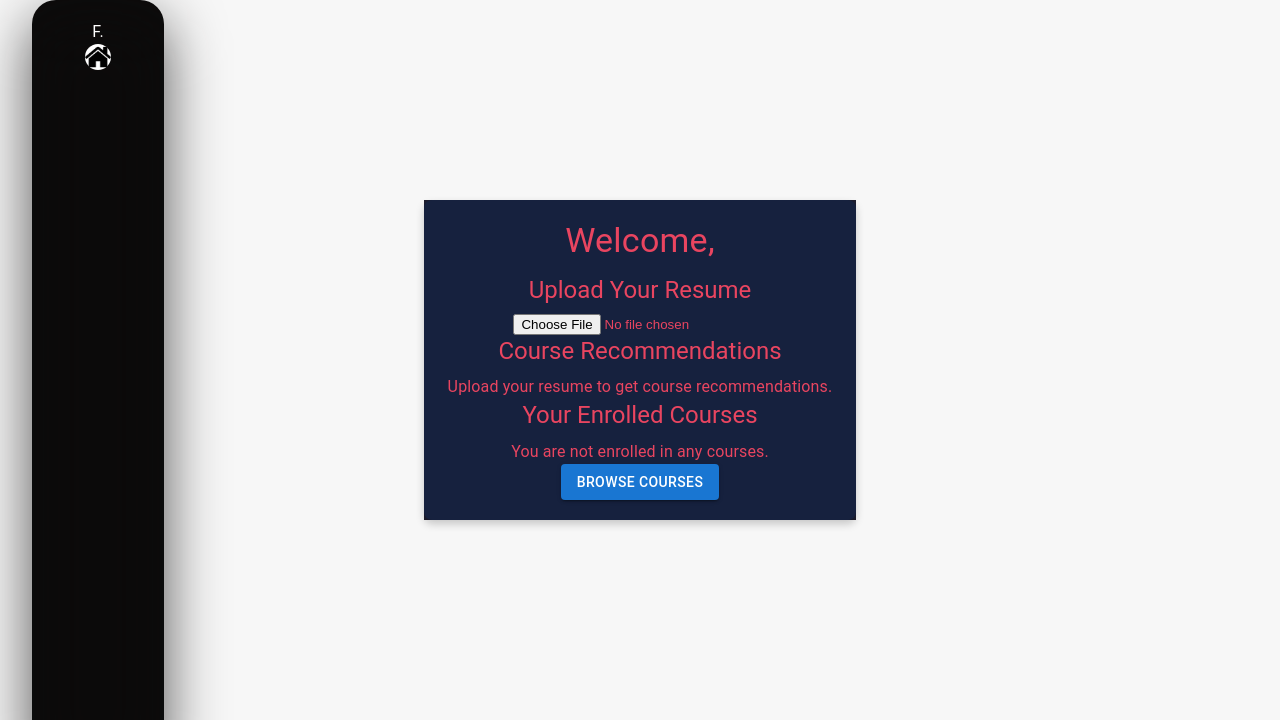
Repository: jvt2/OnlineCourseApp
Page: /dashboard
The author's editor kept a copy of each file at every save. The page is drawn from the files as they stood at one save, then again after the next save.
The browser window is 1280 px wide. The pictures show the whole page.
The page's requests for data from a server got no answer. The project was rebuilt for these pictures with package versions that can differ from the ones it lists, and the page was loaded fresh each time. No one was signed in, and anything a server would have sent is missing. Also part of the build but not shown: src/features/auth/Register.js, src/features/auth/Login.js, src/features/courses/ResumeUpload.js, src/features/courses/CourseRecommendations.js, src/components/common/MyModal.js, src/features/courses/CourseCatalog.js, src/features/courses/CourseDetail.js, src/components/common/Navbar.js and 3 more. Imported but missing from the stored project, and not drawn on this page: src/app/reportWebVitals.

Above is the page before, as saved 2024-07-14 20:11:14.
Not found: public/assets/graduation-icon.png
Not found: public/assets/logout-icon.png
Not found: public/assets/message-icon.png

After the next save:
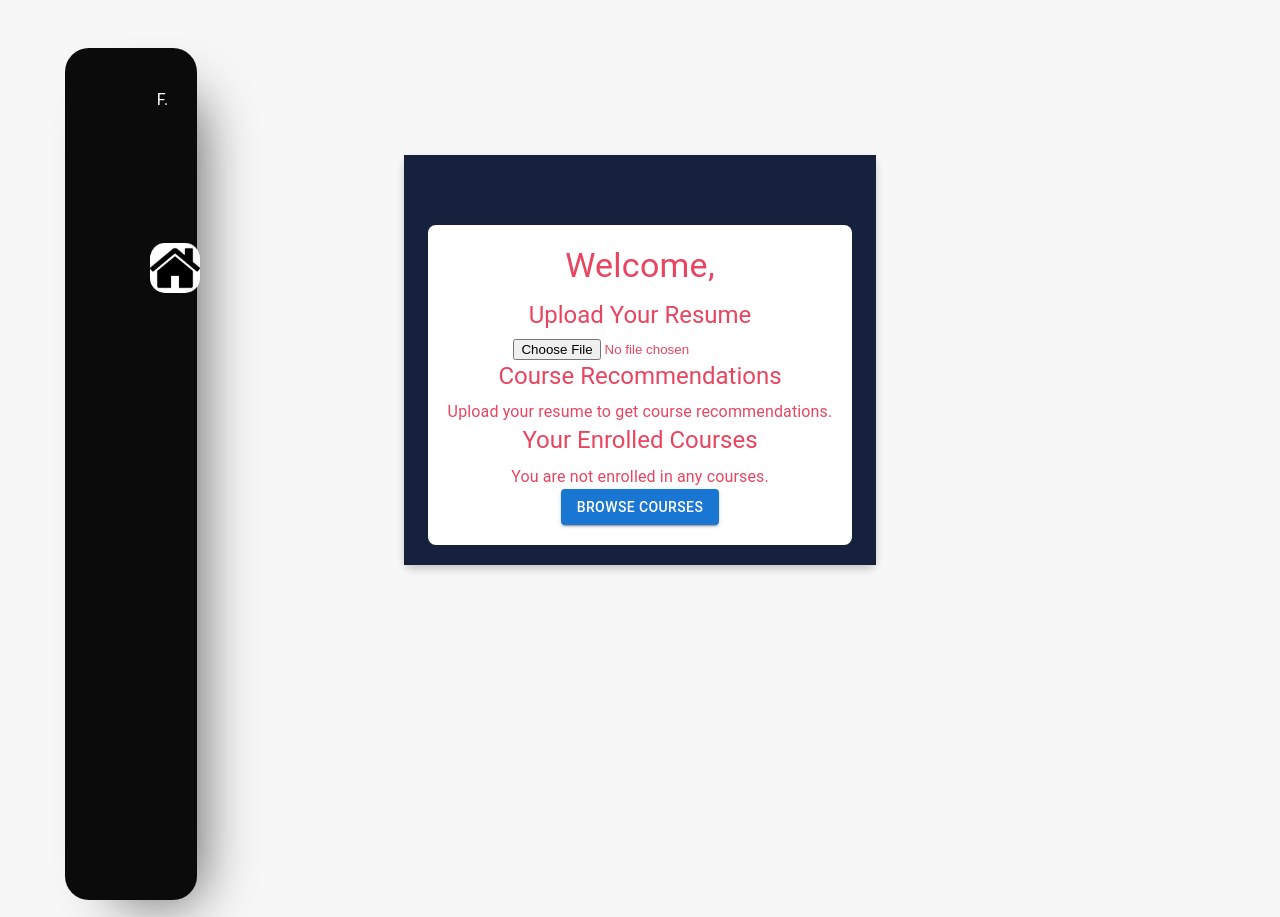
Saved 18 s later.
--- a/src/features/dashboard/Dashboard.css
+++ b/src/features/dashboard/Dashboard.css
@@ -1,38 +1,56 @@
-.sidebar {
-    position: fixed;
+/* Dashboard CSS */
+
+/* General styles for the dashboard */
+.dashboard-container {
+    background: #FFFFFF;
+    padding: 20px;
+    border-radius: 8px;
+    margin-top: 50px;
+    text-align: center;
+  }
+
+  /* Sidebar styles */
+  .sidebar {
+    position: absolute;
     width: 132px;
-    height: 100vh;
-    left: 32px;
-    top: 0;
-    background: #0C0B0B;
-    border-radius: 24px;
+    height: 853.12px;
+    left: 32.34px;
+    top: 24.02px;
     display: flex;
     flex-direction: column;
     align-items: center;
-    justify-content: space-between; /* Adjust as needed */
+    justify-content: space-around; /* Evenly distribute space around the items */
     padding: 20px 0;
   }
 
   .sidebar-blur {
     position: absolute;
-    width: 100%;
-    height: 100%;
-    background: rgba(12, 11, 11, 0.7);
+    width: 81.01px;
+    height: 804px;
+    left: 83.32px;
+    top: 73.14px;
+    background: #0C0B0B;
+    opacity: 0.7;
     filter: blur(30px);
     border-radius: 24px;
-    z-index: 1;
   }
 
   .sidebar-main {
-    position: relative;
-    z-index: 2;
-    display: flex;
-    flex-direction: column;
-    align-items: center;
-    width: 100%;
+    position: absolute;
+    width: 132px;
+    height: 852px;
+    left: 32.34px;
+    top: 24.02px;
+    background: #0C0B0B;
+    border-radius: 24px;
   }
 
   .sidebar-logo {
+    position: absolute;
+    width: 47px;
+    height: 102px;
+    left: 74.46px;
+    top: 39.67px;
     font-family: 'Baloo Bhai';
     font-style: normal;
     font-weight: 400;
@@ -43,55 +61,49 @@
   }
 
   .sidebar-icon {
-    width: 40px;
-    height: 40px;
-    display: flex;
-    align-items: center;
-    justify-content: center;
+    position: absolute;
+    width: 26px;
+    height: 26px;
+    left: 85.15px;
     margin-bottom: 30px; /* Adjust as needed */
-    border-radius: 50%; /* This makes the icon container rounded */
   }
 
-  .icon-home {
-    width: 26px;
-    height: 26px;
+  .sidebar-icon.icon-home {
+    width: 50px;
+    height: 50px;
     background-image: url('/public/assets/home-icon-1.png');
+    border-radius: 30%;
+    background-position: right;
     background-size: contain;
     background-repeat: no-repeat;
-    background-position: center;
+    top:22.84%;
   }
 
   .icon-graduation {
-    background-image: url('/public/assets/graduation-icon.png'); /* Example */
-    background-size: contain;
-    background-repeat: no-repeat;
+    top: 32.84%;
     background-position: center;
   }
 
   .icon-user {
-    background-image: url('/public/assets/user-icon.png'); /* Example */
-    background-size: contain;
-    background-repeat: no-repeat;
+    top: 42.46%;
     background-position: center;
   }
 
   .icon-message {
-    background-image: url('/public/assets/message-icon.png'); /* Example */
-    background-size: contain;
-    background-repeat: no-repeat;
+    top: 52.44%;
     background-position: center;
   }
 
   .icon-settings {
-    background-image: url('/public/assets/settings-icon.png'); /* Example */
-    background-size: contain;
-    background-repeat: no-repeat;
+    top: 62.11%;
+  }
+
+  .icon-logout {
+    top: 89.95%;
     background-position: center;
   }
 
-  .icon-logout {
-    background-image: url('/public/assets/logout-icon.png'); /* Example */
-    background-size: contain;
-    background-repeat: no-repeat;
+  .icon-background {
+    background: #FFFFFF;
     background-position: center;
   }
